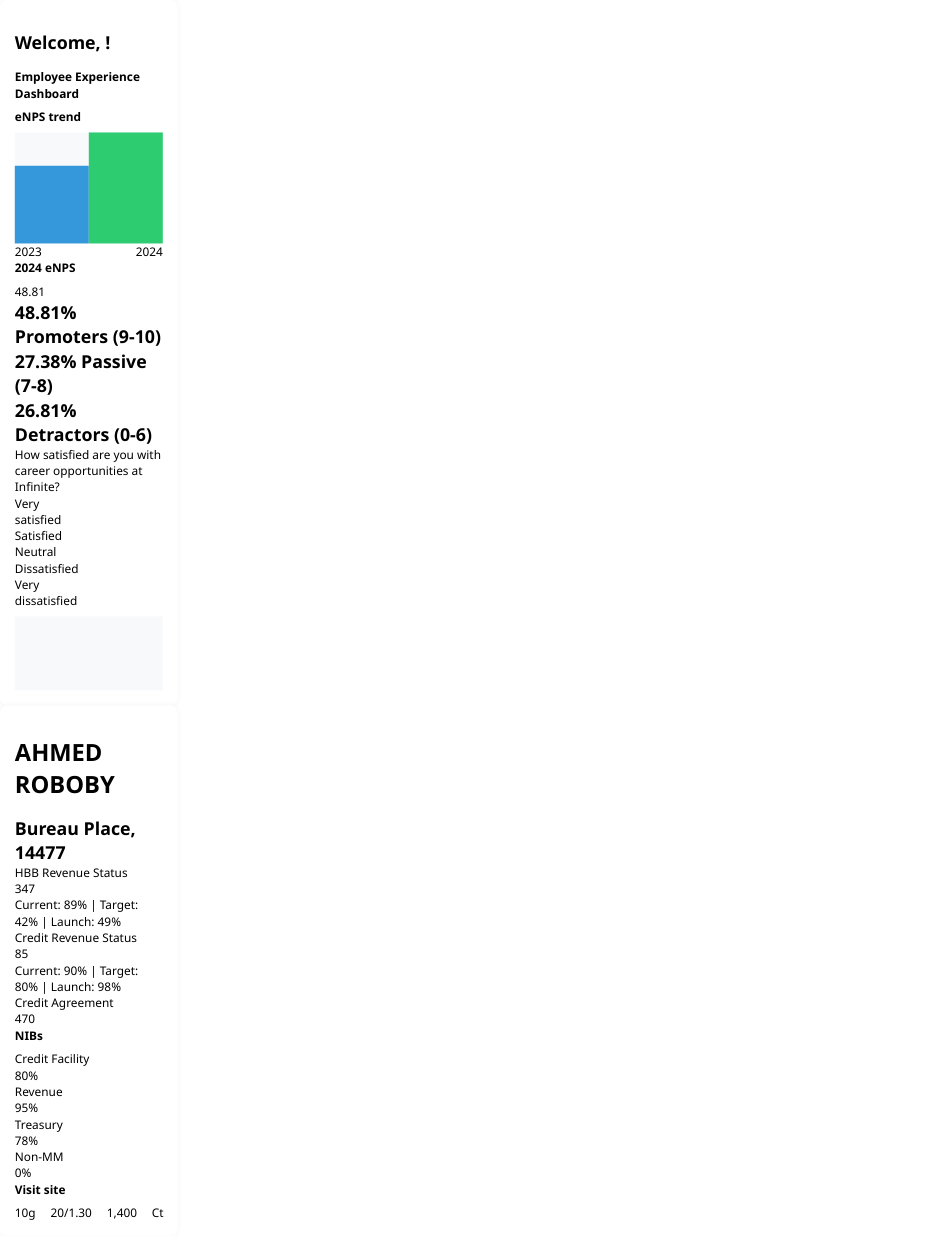
Repository: Ramaryal33/Airline-Management-System
Page: http://localhost/Airline_Management_System/WEB-INF/page/staffDashboard.jsp
These files come from the project's save history. The page is drawn as it stood at one moment and after the next save; the edit follows.
The browser window is 1280 px wide. The pictures show the whole page, at 74% of full size.
The page is served by Tomcat 10. Nobody is signed in. Other server files are loaded and not shown. The template is opened directly, without the code that normally fills it, so the values that code supplies are empty.

Above is the page before, as saved 2025-05-02 00:01:28.

### Airline_Management_System/src/main/webapp/WEB-INF/page/staffDashboard.jsp
<%@ page language="java" contentType="text/html; charset=UTF-8" pageEncoding="UTF-8"%>
<!DOCTYPE html>
<html>
<head>
    <meta charset="UTF-8">
    <title>Staff Dashboard</title>
   <link rel="stylesheet" href="${pageContext.request.contextPath}/css/staff.css">
</head>
<body>
    <div class="dashboard-container">
        <!-- Employee Experience Section -->
        <div class="card">
        <h2>Welcome, ${user.fullName}!</h2>
            <h3>Employee Experience Dashboard</h3>

            <div class="metric">
                <h3>eNPS trend</h3>
                <!-- Chart would go here in a real implementation -->
                <div style="height: 150px; background-color: #f8f9fa; display: flex; align-items: flex-end;">
                    <div style="width: 50%; height: 70%; background-color: #3498db;"></div>
                    <div style="width: 50%; height: 100%; background-color: #2ecc71;"></div>
                </div>
                <div style="display: flex; justify-content: space-between;">
                    <span>2023</span>
                    <span>2024</span>
                </div>
            </div>

            <div class="metric">
                <h3>2024 eNPS</h3>
                <div class="metric-value">48.81</div>
                <div class="progress-bar">
                    <div class="progress" style="width: 48.81%"></div>
                </div>
                <p>48.81% Promoters (9-10)</p>
                <p>27.38% Passive (7-8)</p>
                <p>26.81% Detractors (0-6)</p>
            </div>

            <div class="satisfaction-item">
                <div class="satisfaction-question">How satisfied are you with career opportunities at Infinite?</div>
                <div class="satisfaction-options">
                    <div class="satisfaction-option">Very<br>satisfied</div>
                    <div class="satisfaction-option">Satisfied</div>
                    <div class="satisfaction-option">Neutral</div>
                    <div class="satisfaction-option">Dissatisfied</div>
                    <div class="satisfaction-option">Very<br>dissatisfied</div>
                </div>
                <!-- Chart would go here -->
                <div style="height: 100px; background-color: #f8f9fa; margin-top: 10px;"></div>
            </div>
        </div>

        <!-- Employee Profile Section -->
        <div class="card">
            <div class="profile-header">
                <h1>AHMED ROBOBY</h1>
            </div>
            <p>Bureau Place, 14477</p>

            <div class="metric">
                <div class="metric-title">HBB Revenue Status</div>
                <div class="metric-value">347</div>
                <div>Current: 89% | Target: 42% | Launch: 49%</div>
            </div>

            <div class="metric">
                <div class="metric-title">Credit Revenue Status</div>
                <div class="metric-value">85</div>
                <div>Current: 90% | Target: 80% | Launch: 98%</div>
            </div>

            <div class="metric">
                <div class="metric-title">Credit Agreement</div>
                <div class="metric-value">470</div>
            </div>

            <h3>NIBs</h3>
            <div class="nibs-container">
                <div class="nibs-item">
                    <div>Credit Facility</div>
                    <div class="nibs-percentage">80%</div>
                </div>
                <div class="nibs-item">
                    <div>Revenue</div>
                    <div class="nibs-percentage">95%</div>
                </div>
                <div class="nibs-item">
                    <div>Treasury</div>
                    <div class="nibs-percentage">78%</div>
                </div>
                <div class="nibs-item">
                    <div>Non-MM</div>
                    <div class="nibs-percentage">0%</div>
                </div>
            </div>

            <h3>Visit site</h3>
            <div style="display: flex; gap: 20px;">
                <div>10g</div>
                <div>20/1.30</div>
                <div>1,400</div>
                <div>Ct</div>
            </div>
        </div>
    </div>
</body>
</html>

### Airline_Management_System/src/main/webapp/css/staff.css
body {
    margin: 0;
    font-family: 'Segoe UI', sans-serif;
    display: flex;
}

.sidebar {
    background-color: #0047AB; /* Blue background */
    color: white;
    width: 220px;
    height: 100vh;
    padding: 20px;
    box-sizing: border-box;
}

.sidebar h2 {
    margin-top: 0;
    font-size: 22px;
    margin-bottom: 40px;
    font-weight: bold;

}

.sidebar ul {
    list-style-type: none;
    padding: 0;
}

.sidebar ul li {
    margin: 20px 0;
}

.sidebar ul li a {
    text-decoration: none;
    color: white;
    font-size: 16px;
}

.main-content {
    flex-grow: 1;
    background-color: #f8f9fa;
    padding: 40px;
}

.main-content h1 {
    font-size: 28px;
    margin-bottom: 10px;
}

.main-content h2 {
    font-weight: normal;
    font-size: 20px;
    color: #666;
    margin-bottom: 30px;
}

.cards {
    display: flex;
    gap: 20px;
    margin-bottom: 30px;
    flex-wrap: wrap;
}

.card {
    background-color: white;
    padding: 20px;
    border-radius: 10px;
    width: 200px;
    box-shadow: 0 0 8px rgba(0,0,0,0.05);
}

.card h3 {
    font-size: 16px;
    margin: 0 0 10px;
}

.card p {
    font-size: 24px;
    font-weight: bold;
    margin: 0;
}

.chart {
    margin-top: 20px;

}

.bar, .pie {
    height: 300px;
    background-color: #e1e1e1;
    border-radius: 10px;
    margin-bottom: 20px;
    width: 400px;
}

After the next save:
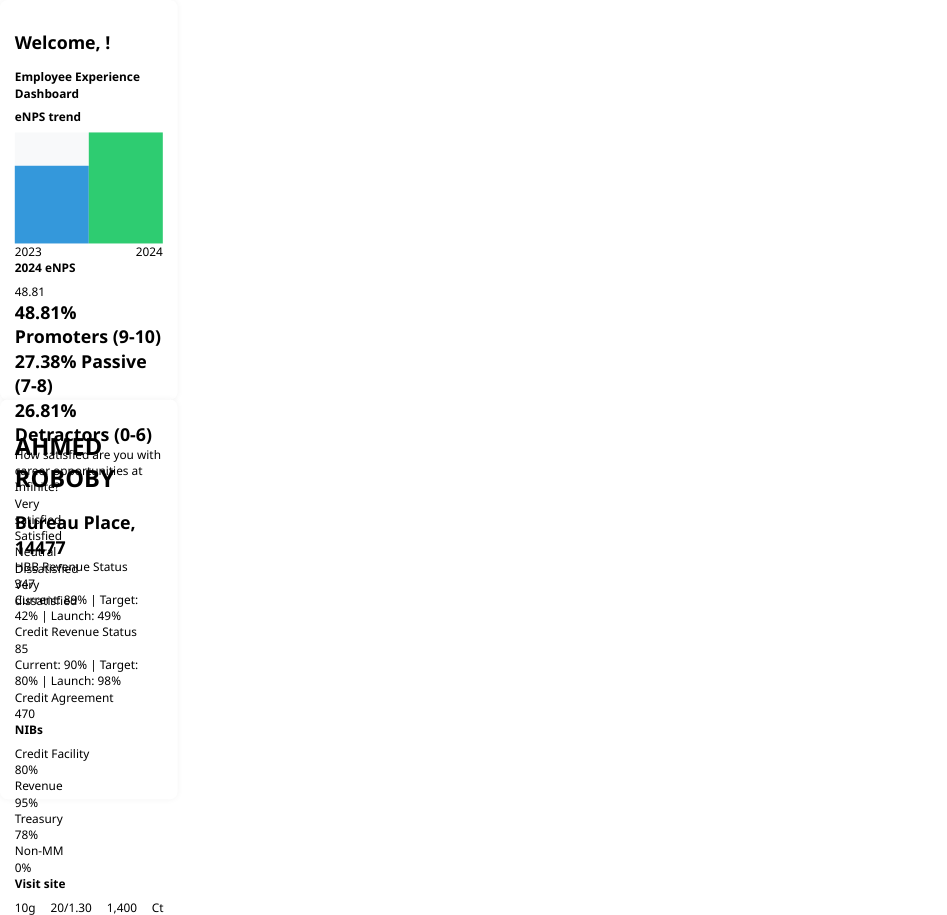
Saved 4 min 49 s later.
--- a/Airline_Management_System/src/main/webapp/css/staff.css
+++ b/Airline_Management_System/src/main/webapp/css/staff.css
@@ -66,6 +66,7 @@ body {
     padding: 20px;
     border-radius: 10px;
     width: 200px;
+    height:500px;
     box-shadow: 0 0 8px rgba(0,0,0,0.05);
 }
 
